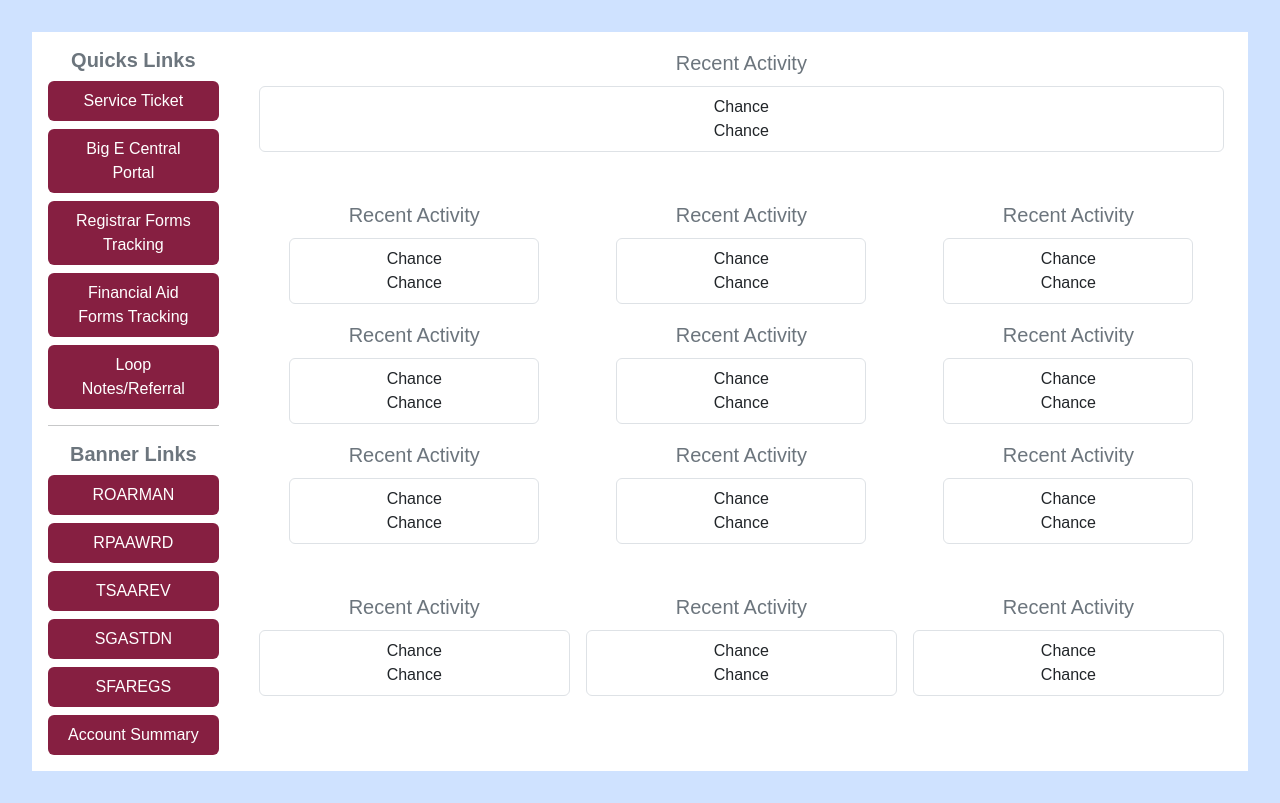
Repository: chancellor-w-whitaker/bec-tab
Page: /
An editor plug-in stored every save of this project. The page is shown before and after the next save, followed by the edit.
The browser window is 1280 px wide. The pictures show the whole page.
Some web fonts or font styles are not loaded; a fallback is used. The project was rebuilt for these pictures with package versions that can differ from the ones it lists, and the page was loaded fresh each time. Also part of the build but not shown: vite.config.js.

Above is the page before, as saved 2024-01-07 18:10:52.

### src/main.jsx
// Bootstrap Bundle JS
import "bootstrap/dist/js/bootstrap.bundle.min";
// Bootstrap CSS
import "bootstrap/dist/css/bootstrap.min.css";
import ReactDOM from "react-dom/client";
import React from "react";

import App from "./App.jsx";
import "./index.css";

ReactDOM.createRoot(document.getElementById("root")).render(
  <React.StrictMode>
    <App />
  </React.StrictMode>
);

### src/App.jsx
import { useEffect } from "react";

import "./App.css";

const useBodyBgVariant = (bgVariant = "body-tertiary") => {
  useEffect(() => {
    document.body.classList.add(`bg-${bgVariant}`);

    return () => {
      document.body.classList.remove(`bg-${bgVariant}`);
    };
  }, [bgVariant]);
};

const Card = ({
  children = (
    <>
      <div>Chance</div>
      <div>Chance</div>
    </>
  ),
  title = "Recent Activity",
  width = 250,
}) => {
  return (
    <>
      <div className="d-flex flex-column gap-2 text-center" style={{ width }}>
        <div className="fs-5 text-secondary fw-medium">{title}</div>
        <div className="p-2 border rounded bg-white">{children}</div>
      </div>
    </>
  );
};

const NavItem = ({ href = "https://www.eku.edu/", ...rest }) => {
  return (
    <li className="nav-item">
      <a
        style={{ backgroundColor: "#861f41" }}
        className="nav-link active"
        aria-current="page"
        rel="noreferrer"
        target="_blank"
        href={href}
        {...rest}
      ></a>
    </li>
  );
};

const Sidebar = () => {
  return (
    <>
      <div className="sidebar col-md-3 col-lg-2 p-3 bg-white">
        <div className="d-flex flex-column text-center">
          <div className="fs-5 mb-2 lh-sm fw-semibold text-secondary">
            Quicks Links
          </div>
          <ul className="nav nav-pills flex-column gap-2">
            <NavItem>Service Ticket</NavItem>
            <NavItem>Big E Central Portal</NavItem>
            <NavItem>Registrar Forms Tracking</NavItem>
            <NavItem>Financial Aid Forms Tracking</NavItem>
            <NavItem>Loop Notes/Referral</NavItem>
          </ul>
        </div>
        <hr></hr>
        <div className="d-flex flex-column text-center">
          <div className="fs-5 mb-2 lh-sm fw-semibold text-secondary">
            Banner Links
          </div>
          <ul className="nav nav-pills flex-column gap-2">
            <NavItem>ROARMAN</NavItem>
            <NavItem>RPAAWRD</NavItem>
            <NavItem>TSAAREV</NavItem>
            <NavItem>SGASTDN</NavItem>
            <NavItem>SFAREGS</NavItem>
            <NavItem>Account Summary</NavItem>
          </ul>
        </div>
      </div>
    </>
  );
};

const Main = () => {
  return (
    <>
      <div className="col-md-9 ms-sm-auto col-lg-10 px-md-4 py-3 bg-white">
        <div className="d-flex flex-column gap-5">
          {/* <div className="text-bg-light p-2"></div> */}
          <Card width={"auto"}></Card>
          <div className="d-flex flex-row flex-wrap justify-content-around gap-3">
            <Card></Card>
            <Card></Card>
            <Card></Card>
            <Card></Card>
            <Card></Card>
            <Card></Card>
            <Card></Card>
            <Card></Card>
            <Card></Card>
          </div>
          <div className="d-flex flex-row gap-3">
            <Card width="100%"></Card>
            <Card width="100%"></Card>
            <Card width="100%"></Card>
          </div>
        </div>
      </div>
    </>
  );
};

const App = () => {
  useBodyBgVariant("primary-subtle");

  return (
    <div className="container-fluid">
      <div className="row">
        <Sidebar></Sidebar>
        <Main></Main>
      </div>
    </div>
  );
};

export default App;

### src/index.css
@font-face {
  font-family: poppins;
  font-style: normal;
  font-weight: 400;
  src: local("Poppins"),
    url(https://fonts.cdnfonts.com/s/16009/Poppins-Regular.woff) format("woff");
}
@font-face {
  font-family: poppins;
  font-style: normal;
  font-weight: 400;
  src: local("Poppins"),
    url(https://fonts.cdnfonts.com/s/16009/Poppins-Regular.woff) format("woff");
}
@font-face {
  font-family: poppins;
  font-style: italic;
  font-weight: 400;
  src: local("Poppins"),
    url(https://fonts.cdnfonts.com/s/16009/Poppins-Italic.woff) format("woff");
}
@font-face {
  font-family: poppins;
  font-style: italic;
  font-weight: 400;
  src: local("Poppins"),
    url(https://fonts.cdnfonts.com/s/16009/Poppins-Italic.woff) format("woff");
}
@font-face {
  font-family: poppins;
  font-style: normal;
  font-weight: 250;
  src: local("Poppins"),
    url(https://fonts.cdnfonts.com/s/16009/Poppins-Thin.woff) format("woff");
}
@font-face {
  font-family: poppins;
  font-style: normal;
  font-weight: 250;
  src: local("Poppins"),
    url(https://fonts.cdnfonts.com/s/16009/Poppins-Thin.woff) format("woff");
}
@font-face {
  font-family: poppins;
  font-style: italic;
  font-weight: 250;
  src: local("Poppins"),
    url(https://fonts.cdnfonts.com/s/16009/Poppins-ThinItalic.woff)
      format("woff");
}
@font-face {
  font-family: poppins;
  font-style: italic;
  font-weight: 250;
  src: local("Poppins"),
    url(https://fonts.cdnfonts.com/s/16009/Poppins-ThinItalic.woff)
      format("woff");
}
@font-face {
  font-family: poppins;
  font-style: normal;
  font-weight: 275;
  src: local("Poppins"),
    url(https://fonts.cdnfonts.com/s/16009/Poppins-ExtraLight.woff)
      format("woff");
}
@font-face {
  font-family: poppins;
  font-style: normal;
  font-weight: 275;
  src: local("Poppins"),
    url(https://fonts.cdnfonts.com/s/16009/Poppins-ExtraLight.woff)
      format("woff");
}
@font-face {
  font-family: poppins;
  font-style: italic;
  font-weight: 275;
  src: local("Poppins"),
    url(https://fonts.cdnfonts.com/s/16009/Poppins-ExtraLightItalic.woff)
      format("woff");
}
@font-face {
  font-family: poppins;
  font-style: italic;
  font-weight: 275;
  src: local("Poppins"),
    url(https://fonts.cdnfonts.com/s/16009/Poppins-ExtraLightItalic.woff)
      format("woff");
}
@font-face {
  font-family: poppins;
  font-style: normal;
  font-weight: 300;
  src: local("Poppins"),
    url(https://fonts.cdnfonts.com/s/16009/Poppins-Light.woff) format("woff");
}
@font-face {
  font-family: poppins;
  font-style: normal;
  font-weight: 300;
  src: local("Poppins"),
    url(https://fonts.cdnfonts.com/s/16009/Poppins-Light.woff) format("woff");
}
@font-face {
  font-family: poppins;
  font-style: italic;
  font-weight: 300;
  src: local("Poppins"),
    url(https://fonts.cdnfonts.com/s/16009/Poppins-LightItalic.woff)
      format("woff");
}
@font-face {
  font-family: poppins;
  font-style: italic;
  font-weight: 300;
  src: local("Poppins"),
    url(https://fonts.cdnfonts.com/s/16009/Poppins-LightItalic.woff)
      format("woff");
}
@font-face {
  font-family: poppins;
  font-style: normal;
  font-weight: 500;
  src: local("Poppins"),
    url(https://fonts.cdnfonts.com/s/16009/Poppins-Medium.woff) format("woff");
}
@font-face {
  font-family: poppins;
  font-style: normal;
  font-weight: 500;
  src: local("Poppins"),
    url(https://fonts.cdnfonts.com/s/16009/Poppins-Medium.woff) format("woff");
}
@font-face {
  font-family: poppins;
  font-style: italic;
  font-weight: 500;
  src: local("Poppins"),
    url(https://fonts.cdnfonts.com/s/16009/Poppins-MediumItalic.woff)
      format("woff");
}
@font-face {
  font-family: poppins;
  font-style: italic;
  font-weight: 500;
  src: local("Poppins"),
    url(https://fonts.cdnfonts.com/s/16009/Poppins-MediumItalic.woff)
      format("woff");
}
@font-face {
  font-family: poppins;
  font-style: normal;
  font-weight: 600;
  src: local("Poppins"),
    url(https://fonts.cdnfonts.com/s/16009/Poppins-SemiBold.woff) format("woff");
}
@font-face {
  font-family: poppins;
  font-style: normal;
  font-weight: 600;
  src: local("Poppins"),
    url(https://fonts.cdnfonts.com/s/16009/Poppins-SemiBold.woff) format("woff");
}
@font-face {
  font-family: poppins;
  font-style: italic;
  font-weight: 600;
  src: local("Poppins"),
    url(https://fonts.cdnfonts.com/s/16009/Poppins-SemiBoldItalic.woff)
      format("woff");
}
@font-face {
  font-family: poppins;
  font-style: italic;
  font-weight: 600;
  src: local("Poppins"),
    url(https://fonts.cdnfonts.com/s/16009/Poppins-SemiBoldItalic.woff)
      format("woff");
}
@font-face {
  font-family: poppins;
  font-style: normal;
  font-weight: 700;
  src: local("Poppins"),
    url(https://fonts.cdnfonts.com/s/16009/Poppins-Bold.woff) format("woff");
}
@font-face {
  font-family: poppins;
  font-style: normal;
  font-weight: 700;
  src: local("Poppins"),
    url(https://fonts.cdnfonts.com/s/16009/Poppins-Bold.woff) format("woff");
}
@font-face {
  font-family: poppins;
  font-style: italic;
  font-weight: 700;
  src: local("Poppins"),
    url(https://fonts.cdnfonts.com/s/16009/Poppins-BoldItalic.woff)
      format("woff");
}
@font-face {
  font-family: poppins;
  font-style: italic;
  font-weight: 700;
  src: local("Poppins"),
    url(https://fonts.cdnfonts.com/s/16009/Poppins-BoldItalic.woff)
      format("woff");
}
@font-face {
  font-family: poppins;
  font-style: normal;
  font-weight: 800;
  src: local("Poppins"),
    url(https://fonts.cdnfonts.com/s/16009/Poppins-ExtraBold.woff)
      format("woff");
}
@font-face {
  font-family: poppins;
  font-style: normal;
  font-weight: 800;
  src: local("Poppins"),
    url(https://fonts.cdnfonts.com/s/16009/Poppins-ExtraBold.woff)
      format("woff");
}
@font-face {
  font-family: poppins;
  font-style: italic;
  font-weight: 800;
  src: local("Poppins"),
    url(https://fonts.cdnfonts.com/s/16009/Poppins-ExtraBoldItalic.woff)
      format("woff");
}
@font-face {
  font-family: poppins;
  font-style: italic;
  font-weight: 800;
  src: local("Poppins"),
    url(https://fonts.cdnfonts.com/s/16009/Poppins-ExtraBoldItalic.woff)
      format("woff");
}
@font-face {
  font-family: poppins;
  font-style: normal;
  font-weight: 900;
  src: local("Poppins"),
    url(https://fonts.cdnfonts.com/s/16009/Poppins-Black.woff) format("woff");
}
@font-face {
  font-family: poppins;
  font-style: normal;
  font-weight: 900;
  src: local("Poppins"),
    url(https://fonts.cdnfonts.com/s/16009/Poppins-Black.woff) format("woff");
}
@font-face {
  font-family: poppins;
  font-style: italic;
  font-weight: 900;
  src: local("Poppins"),
    url(https://fonts.cdnfonts.com/s/16009/Poppins-BlackItalic.woff)
      format("woff");
}
@font-face {
  font-family: poppins;
  font-style: italic;
  font-weight: 900;
  src: local("Poppins"),
    url(https://fonts.cdnfonts.com/s/16009/Poppins-BlackItalic.woff)
      format("woff");
}

:root,
[data-bs-theme="light"] {
  --bs-font-sans-serif: "Poppins", sans-serif;

  --bs-box-shadow: 0px 3px 3px -2px rgba(0, 0, 0, 0.2),
    0px 3px 4px 0px rgba(0, 0, 0, 0.14), 0px 1px 8px 0px rgba(0, 0, 0, 0.12);
  --bs-box-shadow-sm: 0px 3px 1px -2px rgba(0, 0, 0, 0.2),
    0px 2px 2px 0px rgba(0, 0, 0, 0.14), 0px 1px 5px 0px rgba(0, 0, 0, 0.12);
  --bs-box-shadow-lg: 0px 2px 4px -1px rgba(0, 0, 0, 0.2),
    0px 4px 5px 0px rgba(0, 0, 0, 0.14), 0px 1px 10px 0px rgba(0, 0, 0, 0.12);
}

Loaded but not shown: index.html (common file); src/App.css (common file)

After the next save:
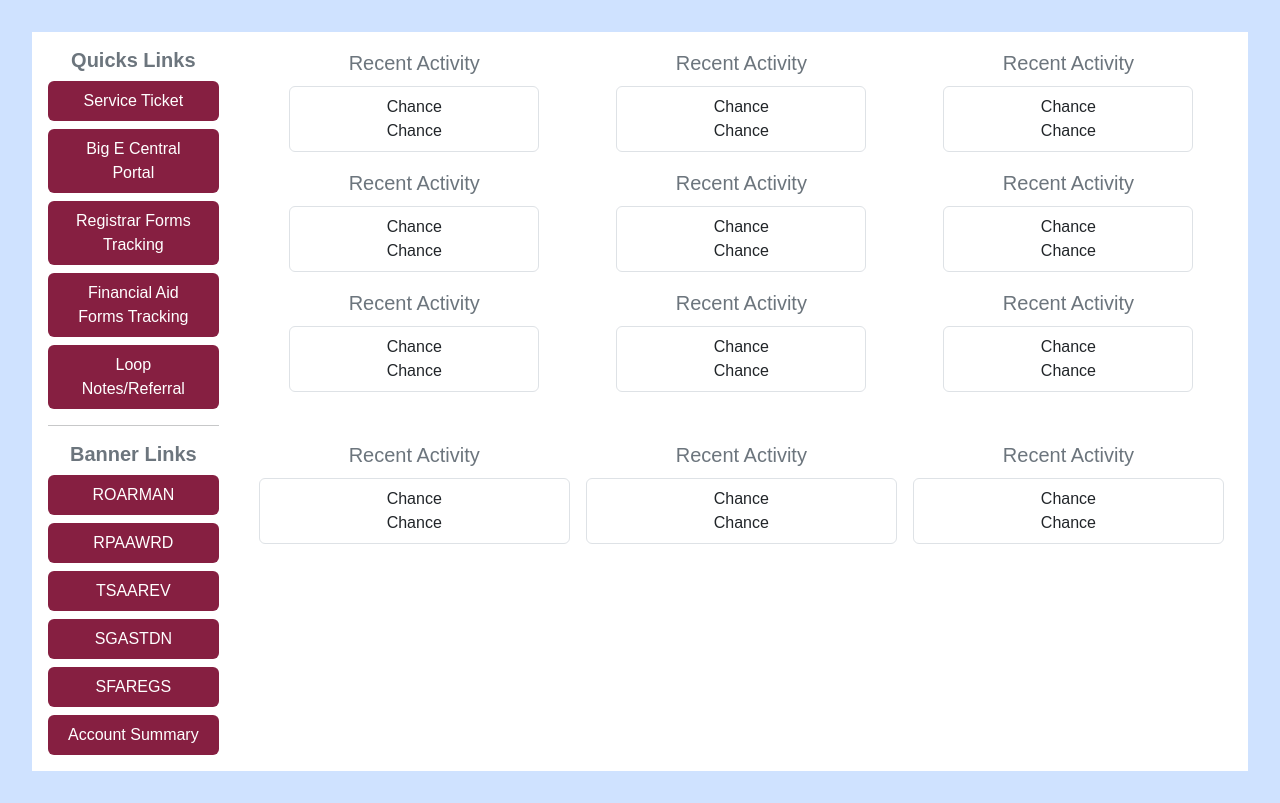
Saved 4 min 25 s later.
--- a/src/App.jsx
+++ b/src/App.jsx
@@ -89,7 +89,7 @@ const Main = () => {
       <div className="col-md-9 ms-sm-auto col-lg-10 px-md-4 py-3 bg-white">
         <div className="d-flex flex-column gap-5">
           {/* <div className="text-bg-light p-2"></div> */}
-          <Card width={"auto"}></Card>
+          {/* <Card width={"auto"}></Card> */}
           <div className="d-flex flex-row flex-wrap justify-content-around gap-3">
             <Card></Card>
             <Card></Card>
